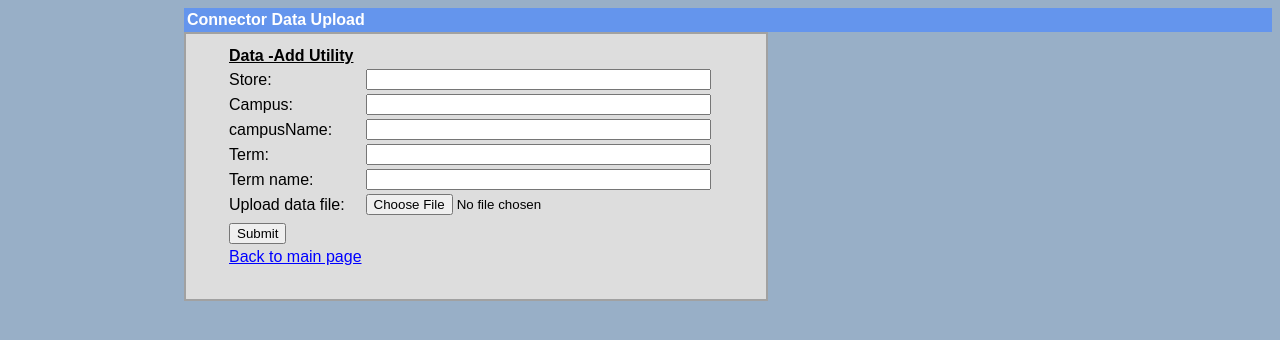
Repository: caditya/Dataupload
Page: http://localhost/connectordata/WEB-INF/views/datainput.jsp
These files come from the project's save history. The page is drawn as it stood at one moment and after the next save; the edit follows.
The browser window is 1280 px wide. The pictures show the whole page.
Some web libraries are served in a nearby version. The page is served by Tomcat 9. Nobody is signed in. Other server files are loaded and not shown. The template is opened directly, without the code that normally fills it, so the values that code supplies are empty.

Above is the page before, as saved 2014-07-21 19:43:50.

### QAFileUpload/connectordata/src/main/webapp/WEB-INF/views/datainput.jsp
<%@ page language="java" contentType="text/html; charset=ISO-8859-1"
	pageEncoding="ISO-8859-1"%>
<html>
<head>

<%@taglib prefix="c" uri="http://java.sun.com/jsp/jstl/core"%>
<link href="<c:url value="/resources/css/coffee.css" />"
	rel="stylesheet">

<script src="//code.jquery.com/jquery-1.10.2.js"></script>
<script>
	$(document).ready(function() {
		$(function() {
		    $(document).keypress(function(event) {
		        var ch = String.fromCharCode(event.keyCode || event.charCode);
		        switch (ch) {
		            case 'c': case 'C':
		            	uploadFile();
		                break;
		        }
		    });
		});



		$("#submit-button").click(function() {
			$("#newaccountform").attr("action", "/it/createnewaccount");
			$("#newaccountform").attr("method", "post");
			$("#newaccountform").submit();
		});
		$("#startfile").click(function() {
			createstart();
		});



	});
</script>

<script>
function createstart(){
	alert('createstart');
	$.getJSON("/connector/startfile", { store: $('#store').val() }, function(startfile) {
		if (startfile.error== 'false') {
        	$("#placeholder_startfile").html(startfile);

        } else if (availability.error=='true'){
        	$("#placeholder_startfile").html("Cannot create file with this data");
        }
    });
}



	!function(d, s, id) {
		var js, fjs = d.getElementsByTagName(s)[0], p = /^http:/
				.test(d.location) ? 'http' : 'https';
		if (!d.getElementById(id)) {
			js = d.createElement(s);
			js.id = id;
			js.src = p + '://platform.twitter.com/widgets.js';
			fjs.parentNode.insertBefore(js, fjs);
		}
	}(document, 'script', 'twitter-wjs');
</script>
<title>Follett Apps</title>
<style>
.error {
	color: #ff0000;
}

</style>
</head>
<body>

	<%@ include file="shared/CoffeeHeader.jsp"%>
	<c:if test="${'Account Created' eq account_status}">
		<c:out value="Account Created1"></c:out>
	</c:if>

	 <div >
	<form:form method="POST" commandName="dataBlock" action="/connector/startfile" enctype="multipart/form-data">
		<form:errors path="*" cssClass="errorblock" element="div" />

	 <table>
		<tr>
				<td><b><u>Data -Add Utility</u></b></td>

			</tr>
			<tr>
				<td>Store:</td>
				<td> <form:input path="store"  size="40"/></td>
				<td><form:errors path="store" cssClass="error" /></td>
			</tr>
			<tr>
				<td>Campus:</td>
				<td><form:input path="campus"  size="40"/></td>
				<td><form:errors path="campus" cssClass="error"  /></td>
			</tr>

			<tr>
				<td>campusName:</td>
				<td><form:input path="campusName" size="40"/></td>
				<td><form:errors path="campusName" cssClass="error" /></td>
			</tr>
			<tr>
				<td>Term:</td>
				<td><form:input path="term" size="40"/></td>
				<td><form:errors path="term" cssClass="error" /></td>
			</tr>
			<tr>
				<td>Term name:</td>
				<td><form:input path="termName" size="40"/></td>
				<td><form:errors path="termName" cssClass="error" /></td>
			</tr>
			<tr>
				<td>Upload data file:</td>

				<td>
				<input type="file" name="dataFile"/>
				</td>

			</tr>
			<tr>
			<td><input type='button' id='startfile' name='startfile'
				value='Generate Start File' hidden="true" /></td>
			</tr>
			<tr>
				<td colspan="3"><input type="submit" /></td>
			</tr>
			<tr>
		<td><a href="/connector/" class='font'>Back to main page</a></td>
		</tr>
		<tr>
			<td><p  class='font' id="placeholder_startfile"></p></td>
		</tr>

		</table>

	</form:form>
	</div>


</body>
</html>

### QAFileUpload/connectordata/src/main/webapp/WEB-INF/views/shared/CoffeeHeader.jsp
<%@ page language="java" contentType="text/html; charset=ISO-8859-1"
	pageEncoding="ISO-8859-1"%>
<%@ taglib prefix="c" uri="http://java.sun.com/jsp/jstl/core"%>
<%@ taglib prefix="fmt" uri="http://java.sun.com/jsp/jstl/fmt"%>
<%@ taglib prefix="form" uri="http://www.springframework.org/tags/form"%>
<%@ taglib prefix="sec"
	uri="http://www.springframework.org/security/tags"%>

<html>
<head>
<link rel="stylesheet" href="/coffee.css">
<link href="<c:url value="/resources/css/coffee.css" />"
	rel="stylesheet">
<title>Connector Header</title>
</head>
<body>
	<table class='table_header' >

		<tr>
			<td class="center" style="width: 80%;">
				<p class='pHeading'><b>Connector Data Upload</b></p>
			</td>
			<td class="center"  align="right"  "width: 15%">
			<sec:authorize access="authenticated">
					<p class='pHeading'>
						<sec:authentication property="name" />
			</td>
			<td class="center" style="width: 15%">
				<c:url var="logouturl" value="/j_spring_security_logout" />
				<a href="${logouturl}"> Log out</a>

			</td>
			</sec:authorize>
		</tr>
	</table>
</body>
</html>

### QAFileUpload/connectordata/src/main/webapp/resources/css/coffee.css
@CHARSET "UTF-8";
body {
  padding-left: 11em;
  font-family: Georgia, "Times New Roman",
        Times, serif;
  color: black;
  background-color: #98AFC7 }
ul.navbar {
  list-style-type: none;
  padding: 0;
  margin: 0;
  position: absolute;
  top: 2em;
  left: 1em;
  width: 9em }
h1 {
  font-family: Helvetica, Geneva, Arial,
        SunSans-Regular, sans-serif }
ul.navbar li {
  background: white;
  margin: 0.5em 0;
  padding: 0.3em;
  border-right: 1em solid black }
ul.navbar a {
  text-decoration: none }
a:link {
  color: blue }
a:visited {
  color: black }
address {
  margin-top: 1em;
  padding-top: 1em;
  border-top: thin dotted }

p.pHeading {
 	color: white;
 	background:#6495ED;
 }
 td.center {
    /* <http://www.w3.org/wiki/CSS/Properties/text-align>
     * left, right, center, justify, inherit
     */
    text-align: left;
    /* <http://www.w3.org/wiki/CSS/Properties/vertical-align>
     * baseline, sub, super, top, text-top, middle,
     * bottom, text-bottom, length, or a value in percentage
     */
    vertical-align: text-top;
    font: caption;
}
.font{
	font: caption;
}
.errorblock {
	font: caption;
	color: black;
	background-color: ;
	border: 3px solid #ff0000;
	padding: 8px;
	margin: 0px;
}
.table_header{
	width: 100%;
	background-color: #6495ED;
}
td {
	font: caption;
}
a {
	font: caption;
}

td.u{
	text-decoration:underline bold;
}
.modal {
    display:    none;
    position:   fixed;
    z-index:    1000;
    top:        0;
    left:       0;
    height:     100%;
    width:      100%;
    background: rgba( 255, 255, 255, .8 )
                url('http://i.stack.imgur.com/FhHRx.gif')
                50% 50%
                no-repeat;
}

/* When the body has the loading class, we turn
   the scrollbar off with overflow:hidden */
body.loading {
    overflow: hidden;
}

/* Anytime the body has the loading class, our
   modal element will be visible */
body.loading .modal {
    display: block;
}
.disabled {
   backgroundColor:black;
   color: darkgrey;
   background-color: grey;
   backgroundColor:black;
}


div {
    border: 2px solid #a1a1a1;
    padding: 10px 40px;
    background: #dddddd;
    width: 500px;

}

After the next save:
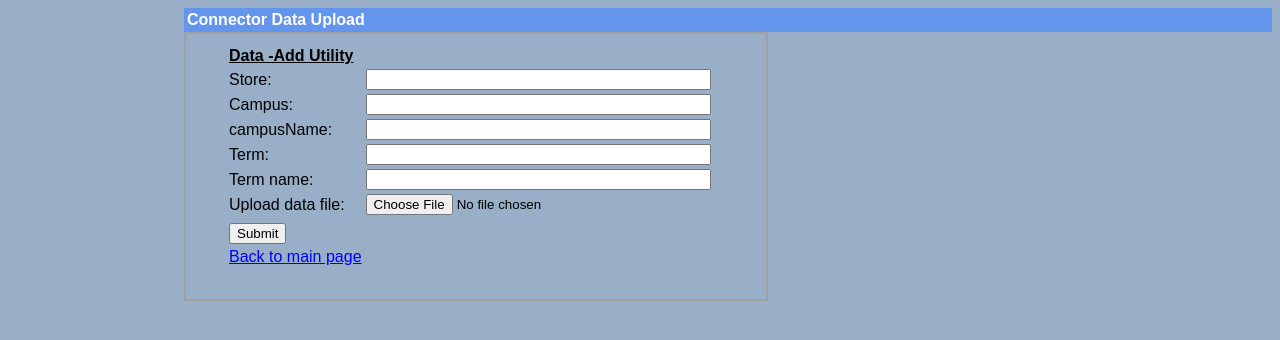
Saved 21 s later.
--- a/QAFileUpload/connectordata/src/main/webapp/resources/css/coffee.css
+++ b/QAFileUpload/connectordata/src/main/webapp/resources/css/coffee.css
@@ -109,7 +109,7 @@ body.loading .modal {
 div {
     border: 2px solid #a1a1a1;
     padding: 10px 40px;
-    background: #dddddd;
+
     width: 500px;
 
 }
